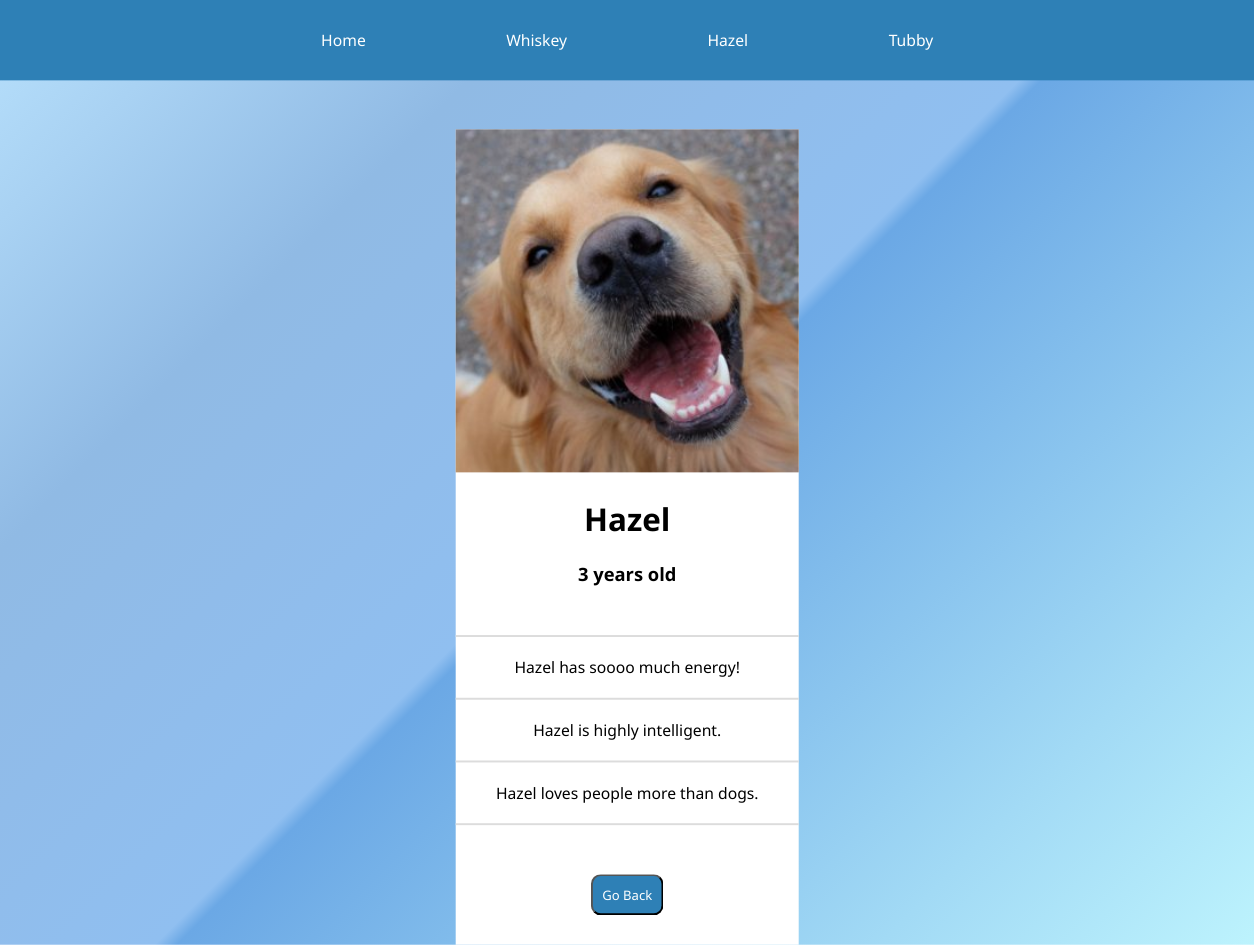
Repository: johnmutina/dog-finder
Page: /dogs/Hazel
The author's editor kept a copy of each file at every save. The page is drawn from the files as they stood at one save, then again after the next save.
The browser window is 1280 px wide. The pictures show the whole page, at 98% of full size.
The project was rebuilt for these pictures with package versions that can differ from the ones it lists, and the page was loaded fresh each time. Also part of the build but not shown: src/DogFinder.css, src/DogFinder.js.

Above is the page before, as saved 2019-07-28 15:42:12.

After the next save:
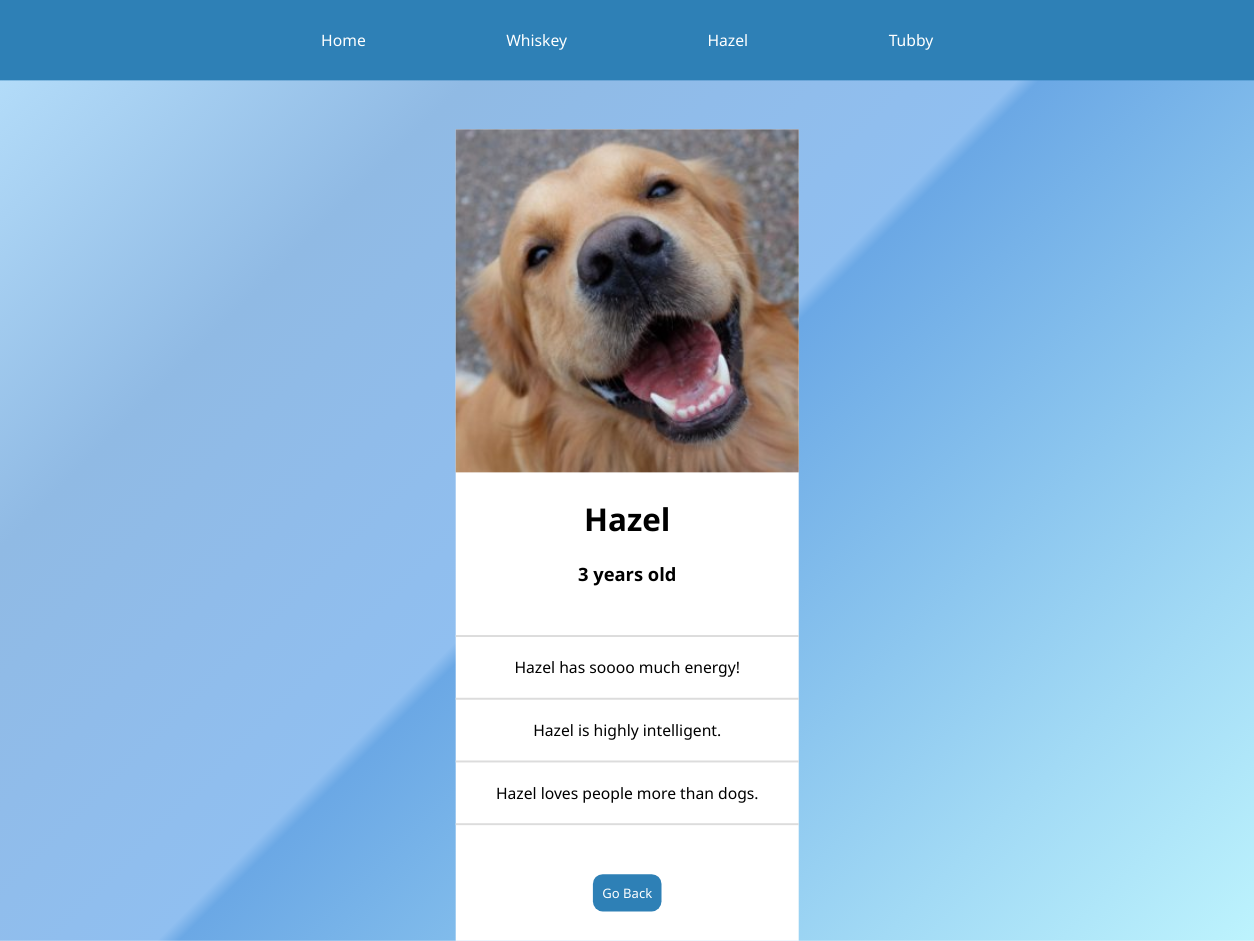
Saved 9 s later.
--- a/src/Dog.css
+++ b/src/Dog.css
@@ -31,13 +31,9 @@
   padding: 10px;
   background-color: #2e80b6;
   color: white;
+  border: none;
   border-radius: 10px;
 }
 
 .Dog button:hover {
-  margin-bottom: 30px;
-  padding: 10px;
-  background-color: #2e80b6;
-  color: white;
-  border-radius: 10px;
 }
